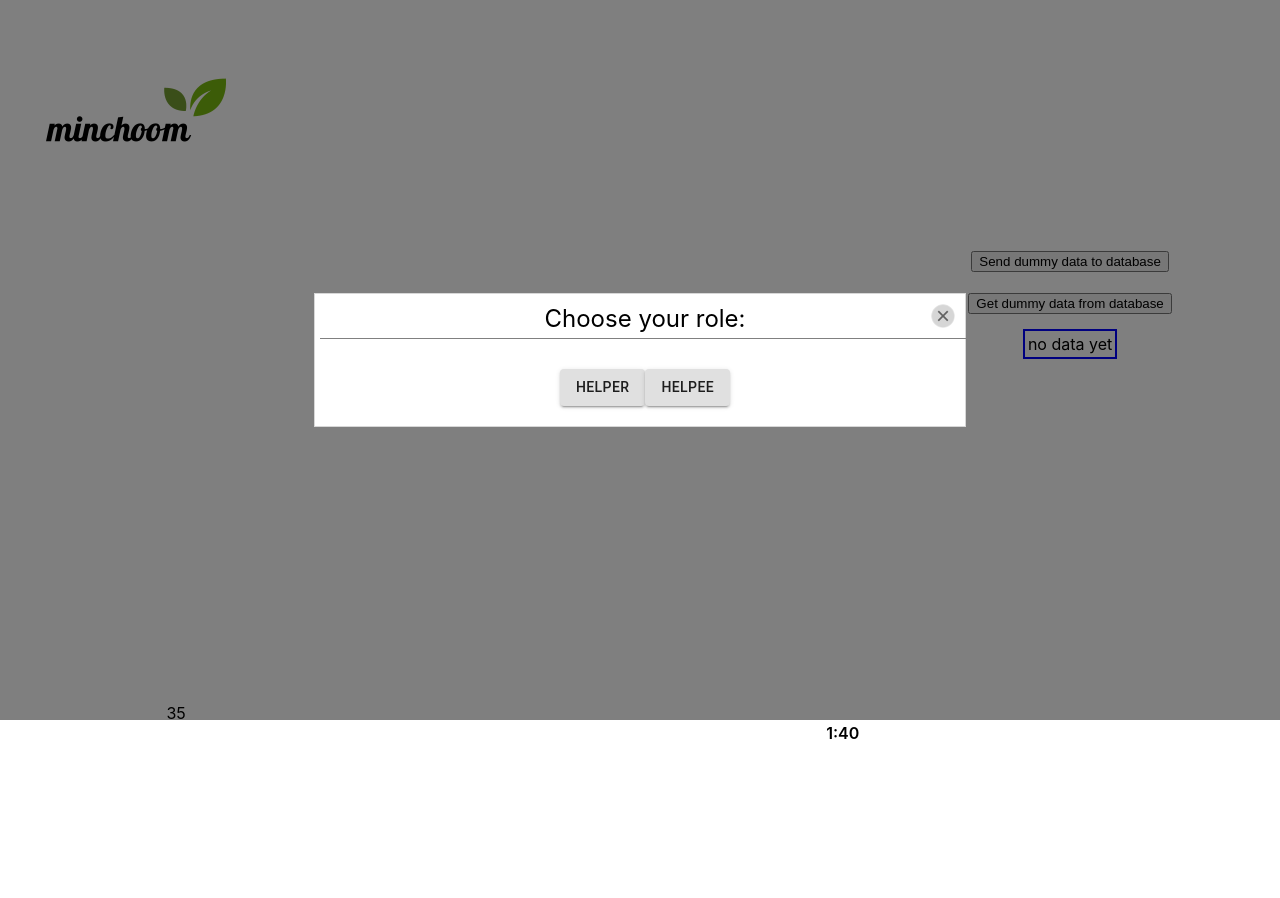
Repository: jeongeonp/MinChoAvengers
Page: / (app in minchoom/)
The author's editor kept a copy of each file at every save. The page is drawn from the files as they stood at one save, then again after the next save.
The browser window is 1280 px wide. The pictures show the whole page.
The project was rebuilt for these pictures with package versions that can differ from the ones it lists, and the page was loaded fresh each time.

Above is the page before, as saved 2020-11-19 19:56:00.

After the next save:
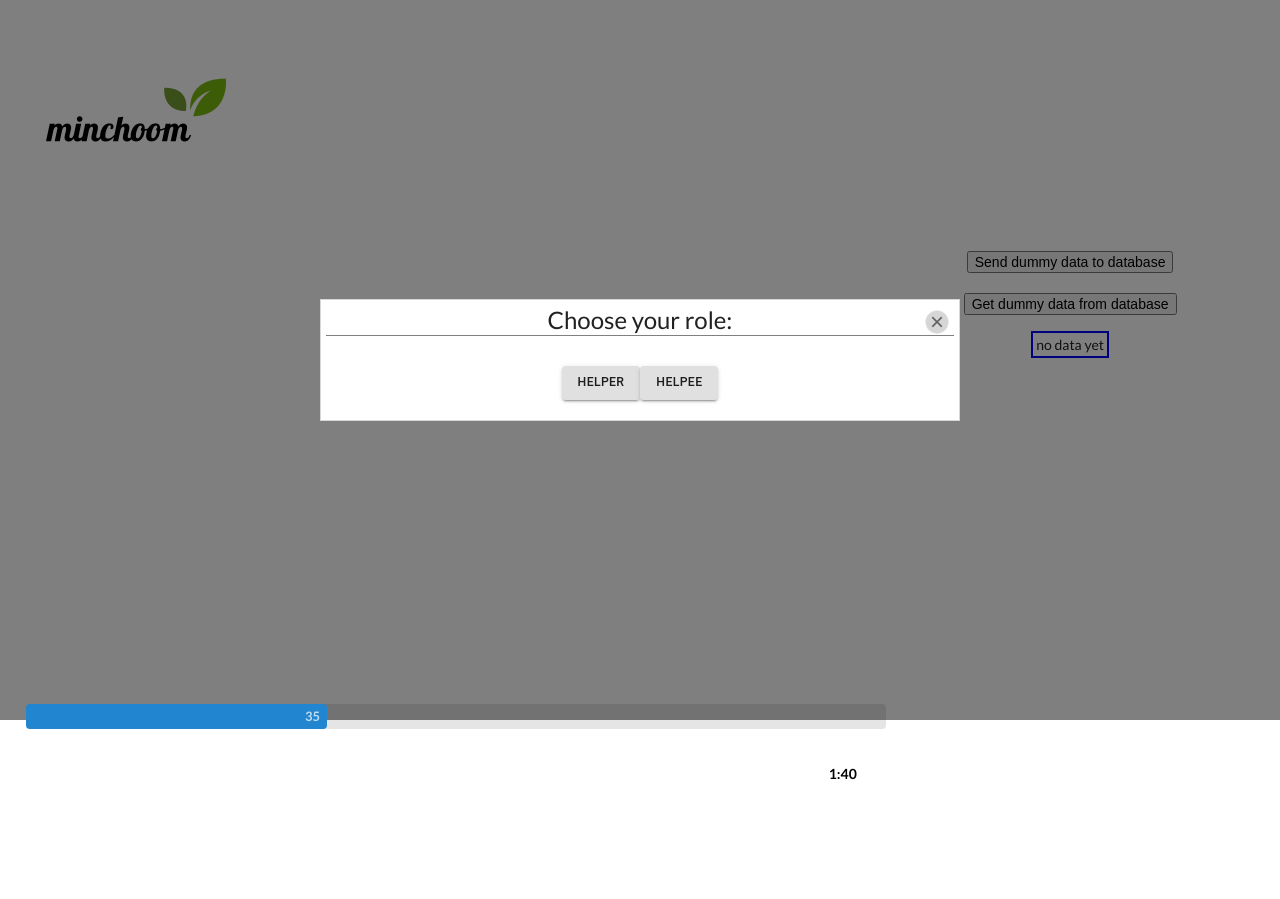
Saved 5 min 50 s later.
--- a/minchoom/src/components/Timeline.js
+++ b/minchoom/src/components/Timeline.js
@@ -1,6 +1,8 @@
 import React from "react";
 import '../App.css';
 import {Progress} from 'semantic-ui-react';
+import 'semantic-ui-css/semantic.min.css'
+
 
 // Helper Functions
 function formatTime(time) {
